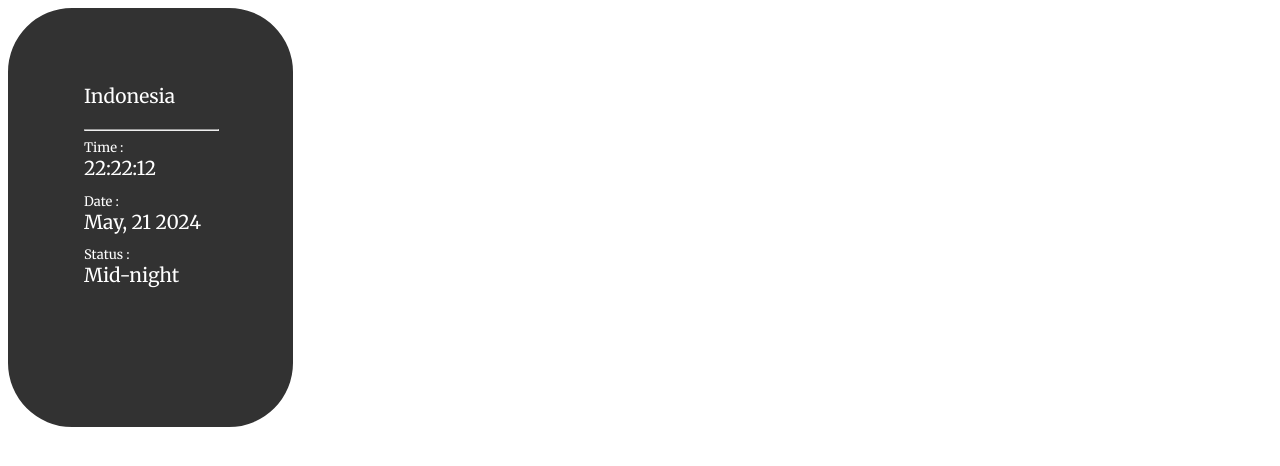
Repository: SnakeXrnt/notion-clock
Page: indonesia.html
The author's editor kept a copy of each file at every save. The page is drawn from the files as they stood at one save, then again after the next save.
The browser window is 1280 px wide. The pictures show the whole page.

Above is the page before, as saved 2024-05-21 16:47:08.

After the next save:
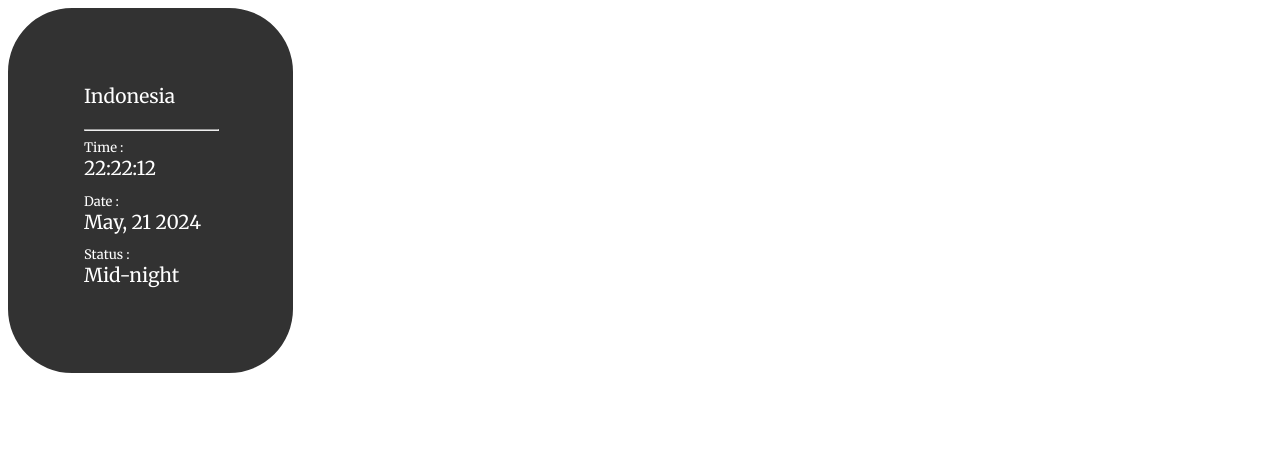
Saved 14 s later.
--- a/indonesia.html
+++ b/indonesia.html
@@ -30,7 +30,7 @@
             display: flex;
             flex-direction: column;
             width: 100pt;
-            height: 200pt;
+            height: 160pt;
             border: 6vw solid rgb(50, 50, 50);
             background-color: rgb(50, 50, 50);
             border-radius: 5vw;
